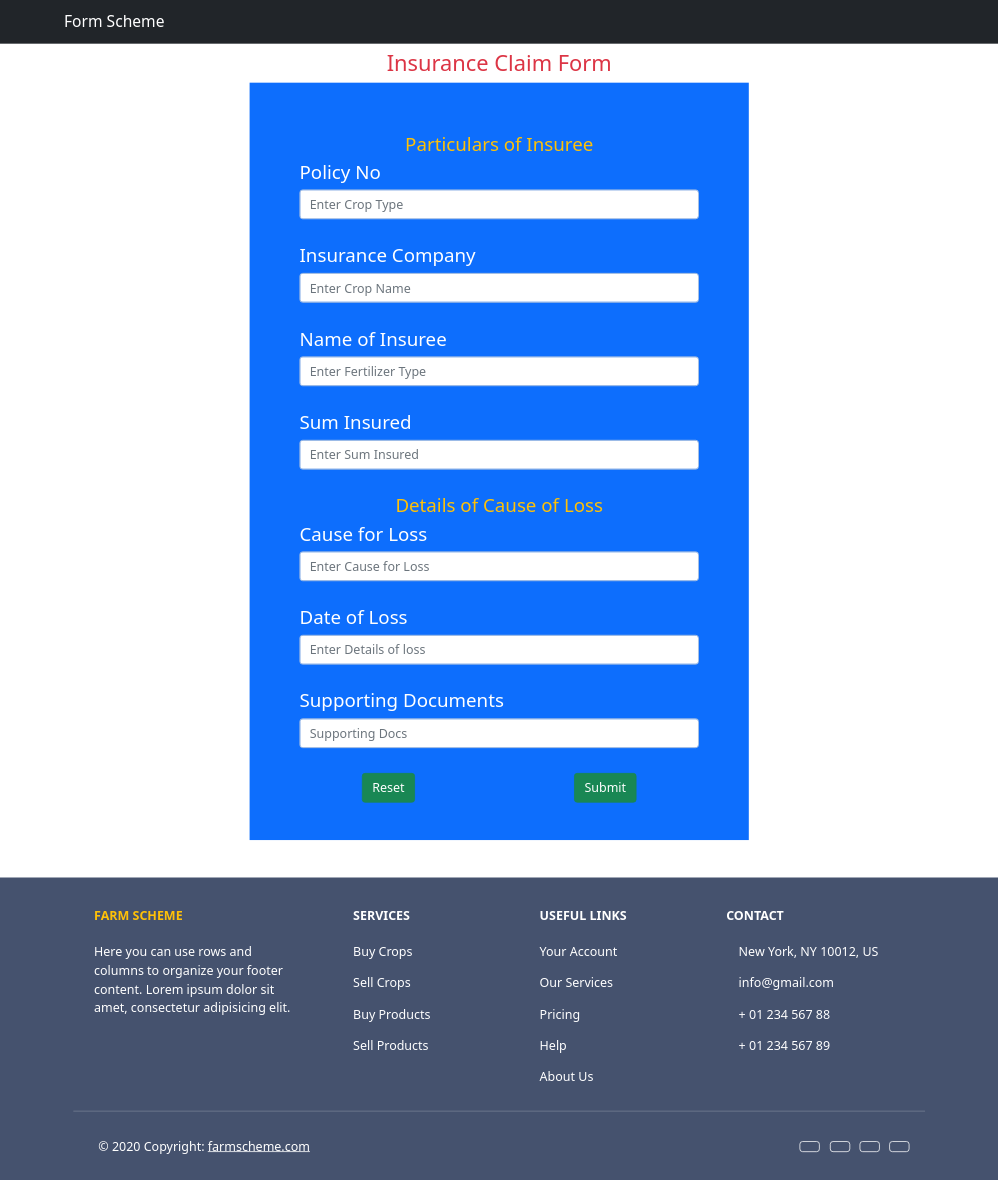
Repository: lavakumar17/Farmscheme
Page: http://localhost/demo/farmer/insurance-claim.jsp
The author's editor kept a copy of each file at every save. The page is drawn from the files as they stood at one save, then again after the next save.
The browser window is 1280 px wide. The pictures show the whole page, at 78% of full size.
The page is served by Tomcat 9.

Above is the page before, as saved 2022-06-24 05:20:00.

After the next save:
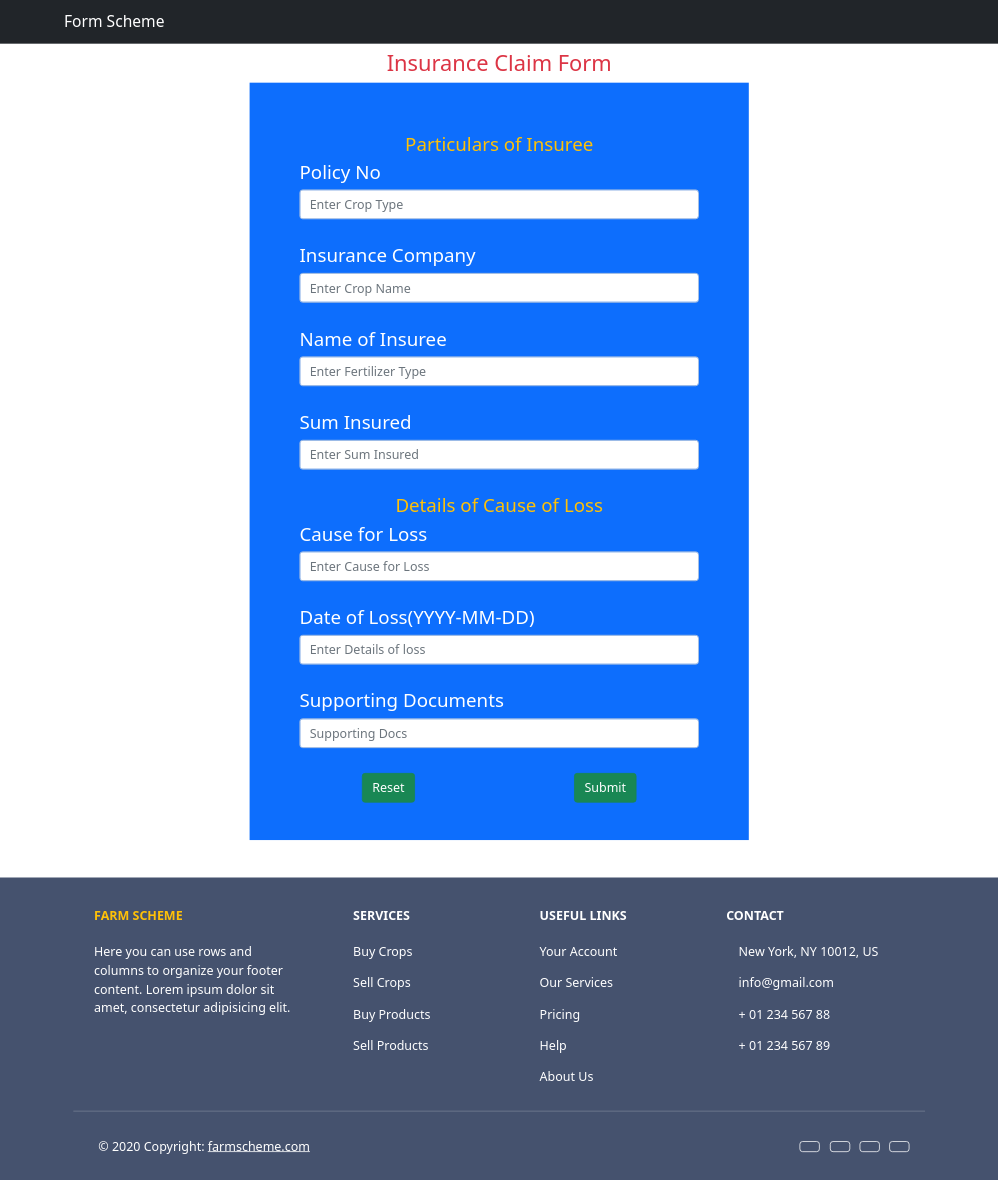
Saved 94 s later.
--- a/MainProject/demo/src/main/webapp/farmer/insurance-claim.jsp
+++ b/MainProject/demo/src/main/webapp/farmer/insurance-claim.jsp
@@ -69,7 +69,7 @@
 </div>
 
 <div class="p-3">
-<span class="form-label pt-3"><h4>Date of Loss</h4></span>
+<span class="form-label pt-3"><h4>Date of Loss(YYYY-MM-DD)</h4></span>
 <input class="form-control" type="text" name="price" required placeholder="Enter Details of loss">
 </div>
 
